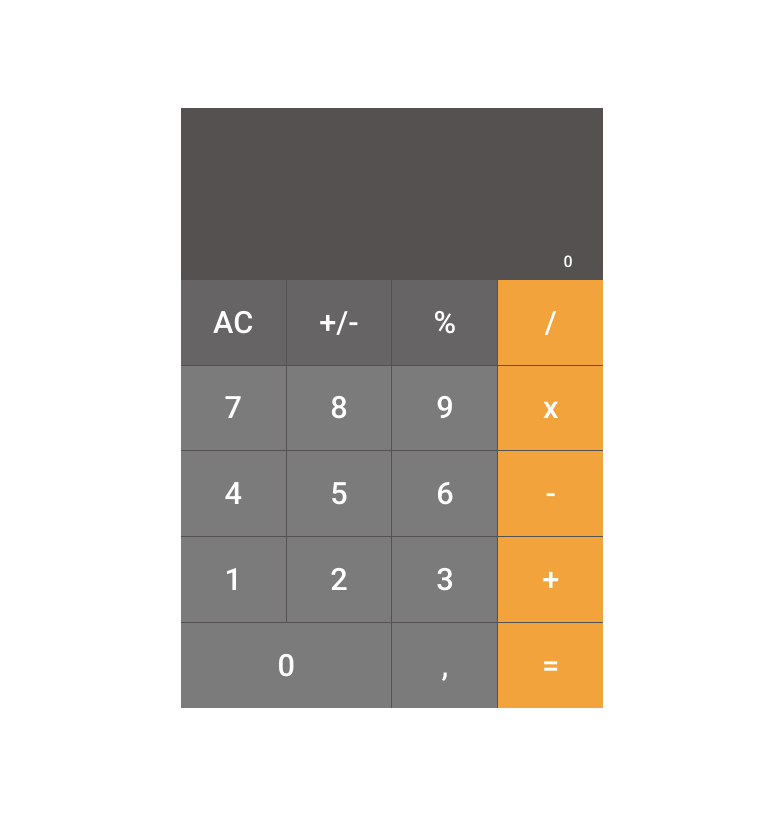
Repository: maciekto/calculatorOOP
Page: index.html
These files come from the project's save history. The page is drawn as it stood at one moment and after a run of saves; the edit follows.
The browser window is 768 px wide. The page is 776 px wide, so the pictures cover 776 px, including what lies to the right of the window. The pictures show the whole page.

Above is the page before, as saved 2022-07-06 17:22:01.

After the next 2 saves:
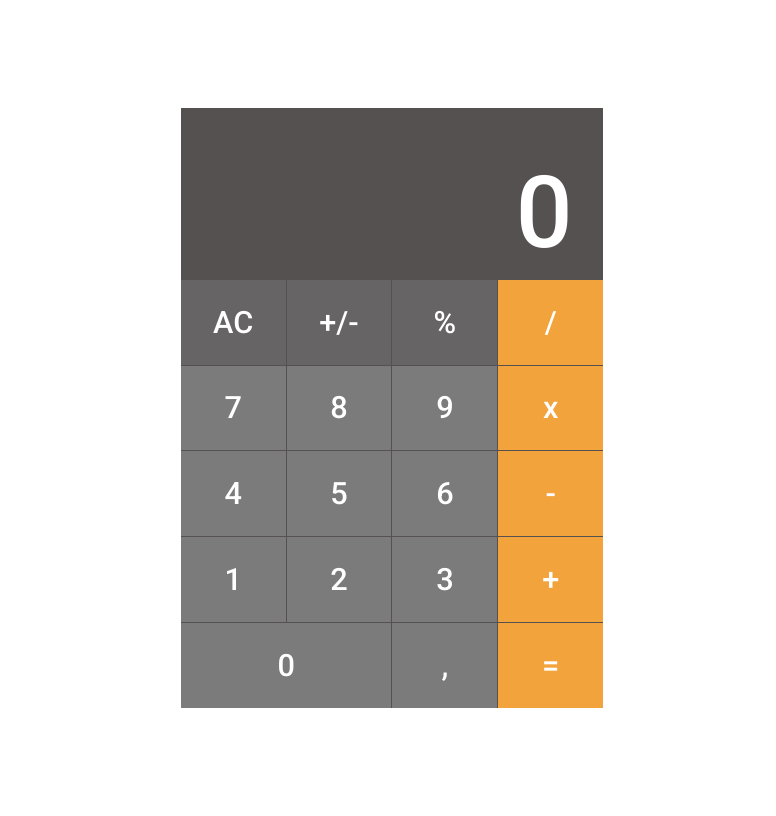
The 2 saves are shown as one change because they came seconds apart.
The last was saved 17 s later.
--- a/css.css
+++ b/css.css
@@ -80,6 +80,6 @@ main {
 
 @media (max-width: 800px) {
     .Calc__result {
-        font-size: 16px;
+        font-size: 100px;
     }
 }
